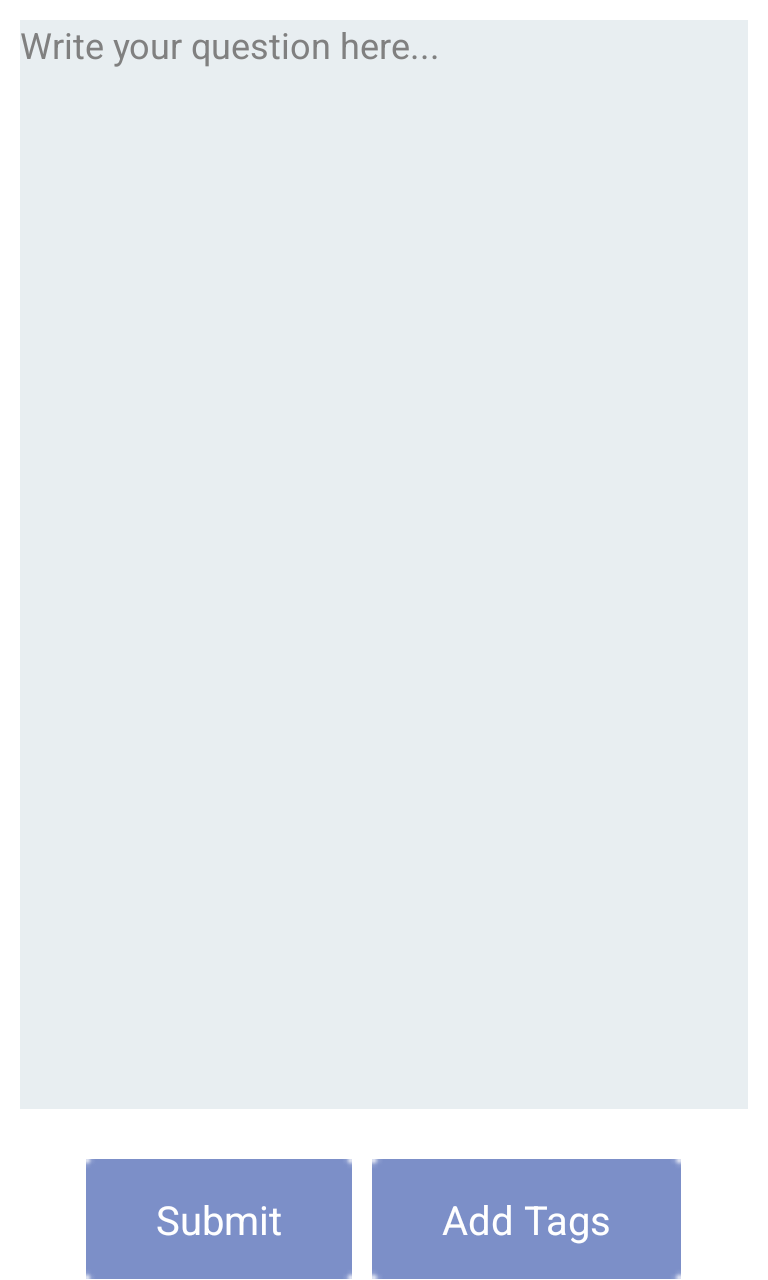
Repository: AdityaKiet/android-work2
Layout: UPTUQuestionBank/res/layout/post_question.xml
These files come from the project's save history. The layout is drawn as it stood at one moment and after the next save; the edit follows.
It is drawn on a 768 x 1280 px phone screen (xhdpi) without system bars, with theme AppTheme; the app's code is not run.

Above is the layout before, as saved 2015-04-25 13:23:47.

After the next save:
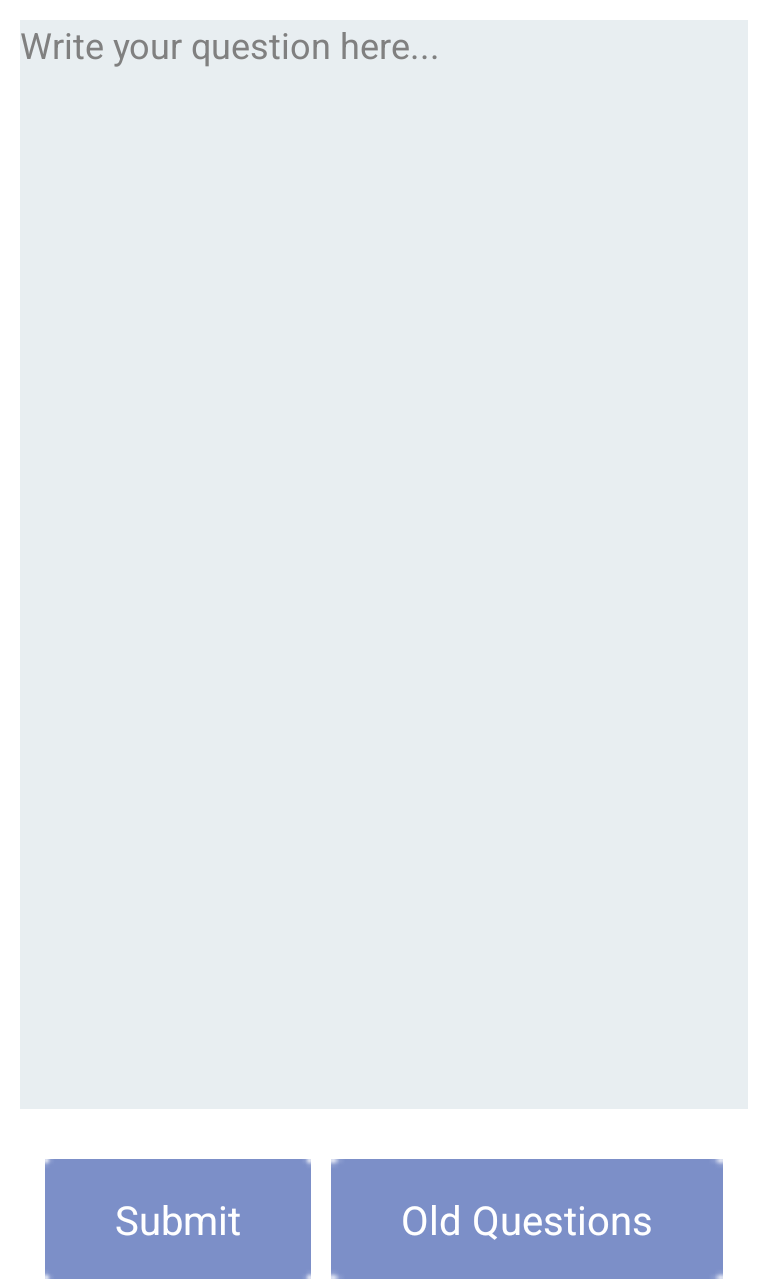
Saved 7 s later.
--- a/UPTUQuestionBank/res/layout/post_question.xml
+++ b/UPTUQuestionBank/res/layout/post_question.xml
@@ -49,7 +49,7 @@
             android:layout_marginLeft="10dp"
             android:layout_weight="0.5"
             android:background="@drawable/button_background"
-            android:text="       Add Tags       "
+            android:text="       Old Questions       "
             android:textColor="#ffffff"
             android:textSize="20sp" />
     </LinearLayout>
